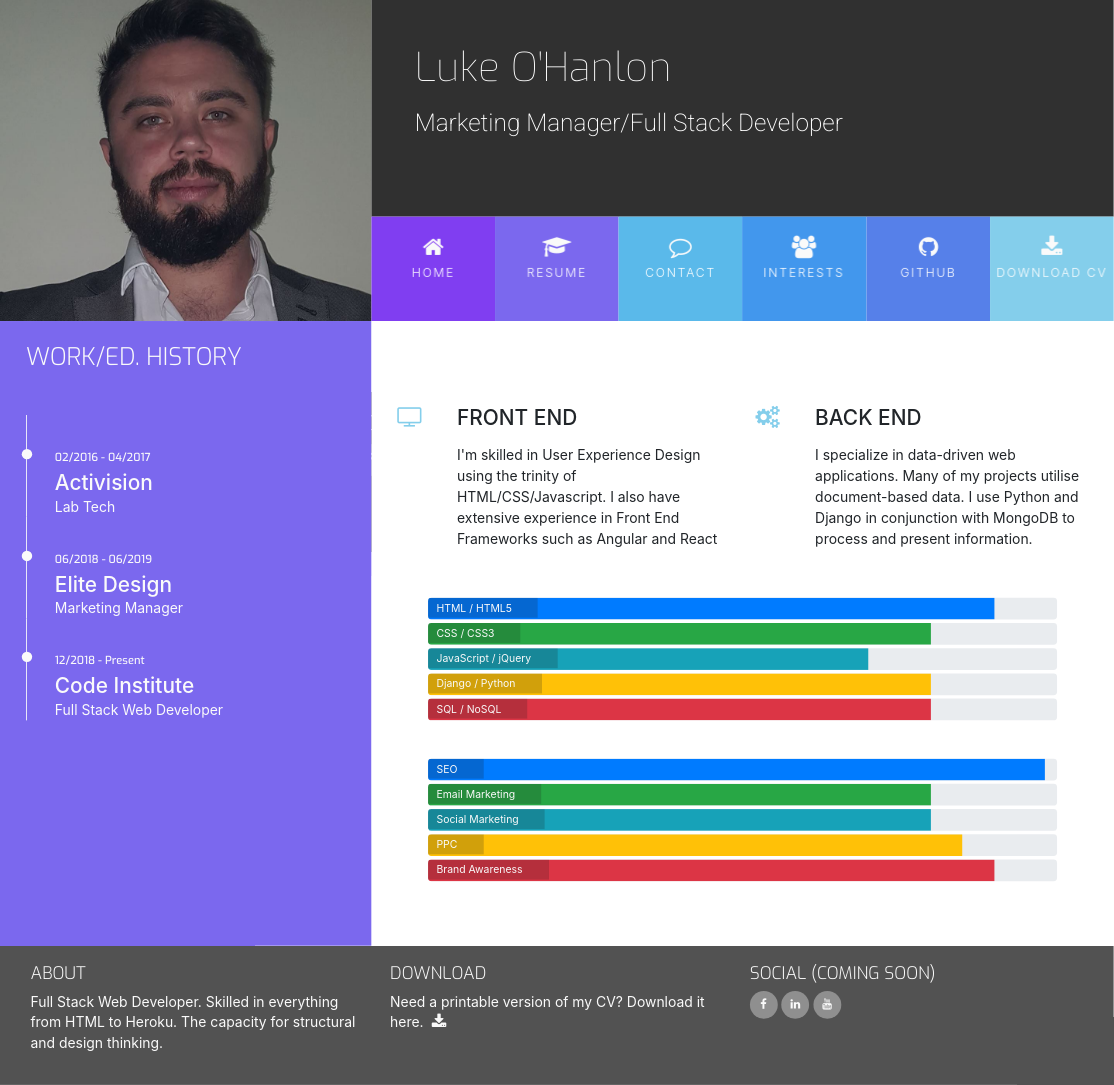
Repository: luke0han/my-resume
Page: resume.html
The author's editor kept a record of every edit. The page is drawn from the files as they stood at one moment, then again after the next edit.
The browser window is 1280 px wide. The pictures show the whole page, at 87% of full size.
Some web libraries are served in a nearby version.

Above is the page before.

After the next edit:
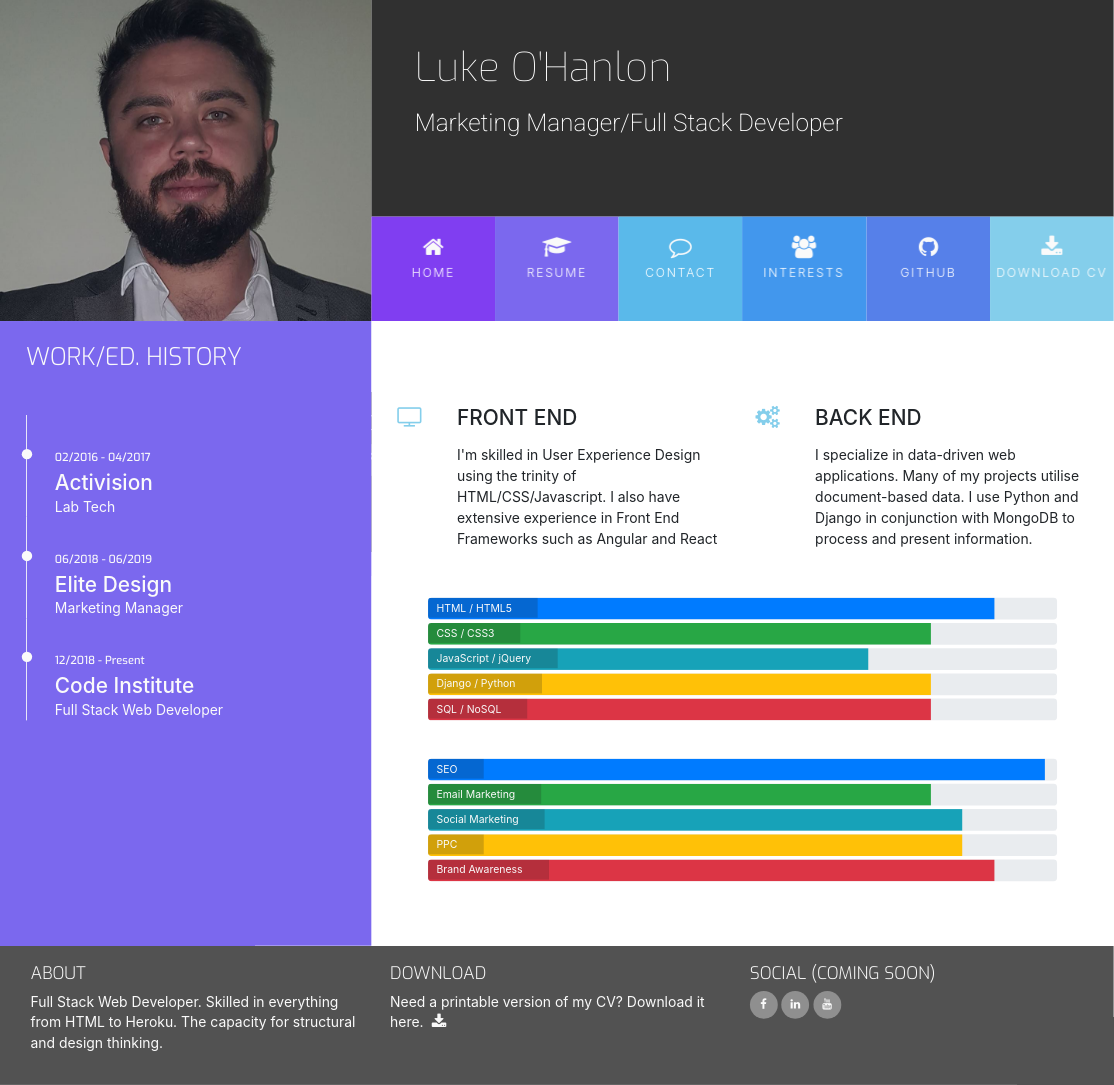
The edit:
--- a/resume.html
+++ b/resume.html
@@ -160,8 +160,8 @@
                             <span class="progress-type">Email Marketing</span>
                         </div>
                         <div class="progress">
-                            <div class="progress-bar bg-info" role="progressbar" aria-valuenow="70" aria-valuemin="0" aria-valuemax="100" style="width:80%;">
-                                <span class="sr-only">80% complete</span>
+                            <div class="progress-bar bg-info" role="progressbar" aria-valuenow="70" aria-valuemin="0" aria-valuemax="100" style="width:85%;">
+                                <span class="sr-only">85% complete</span>
                             </div>
                             <span class="progress-type">Social Marketing</span>
                         </div>
